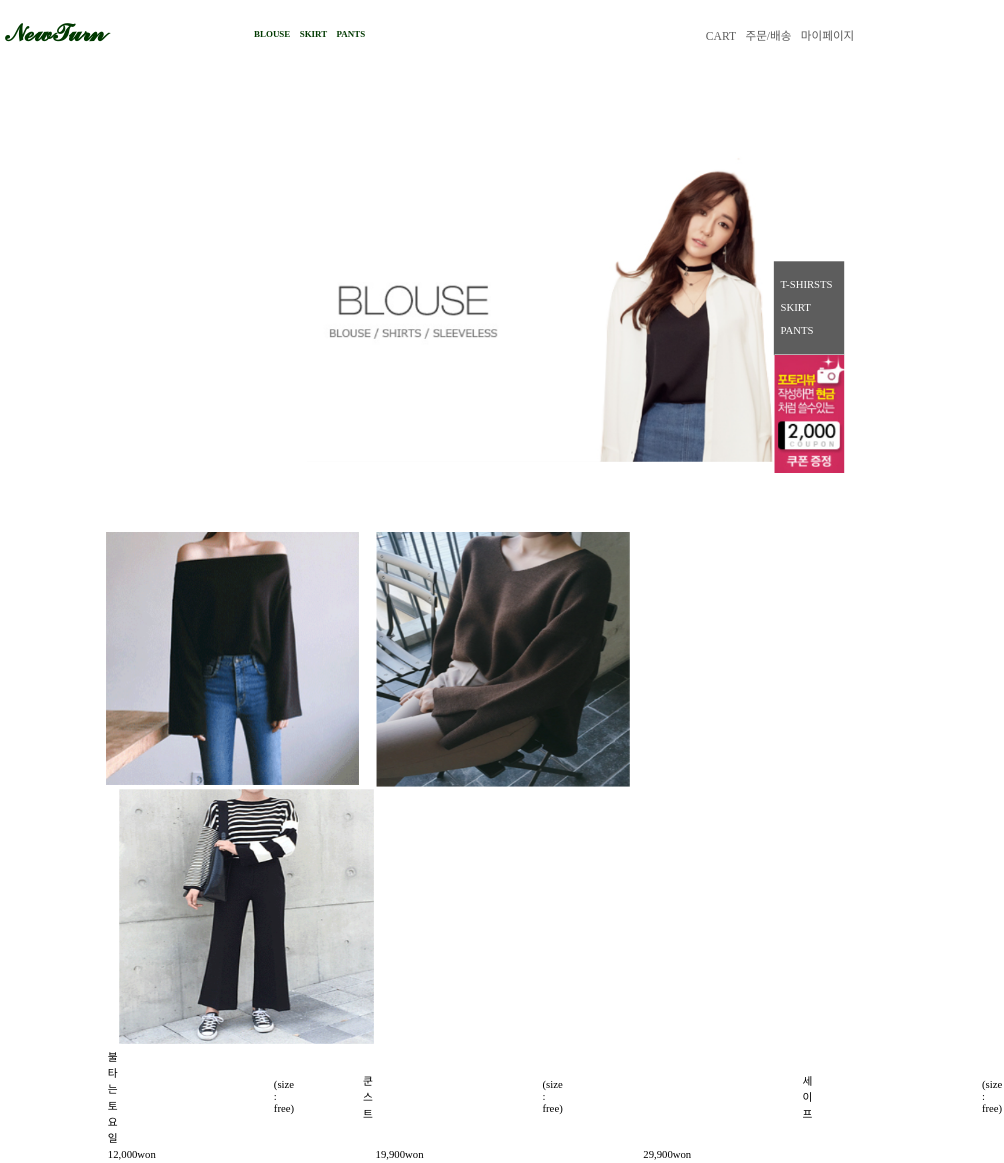
Repository: won0108/Port-Folio
Page: Creating_Homepage/Shopping/WebContent/top.html
These files come from the project's save history. The page is drawn as it stood at one moment and after the next save; the edit follows.
The browser window is 1280 px wide. The page is 1499 px wide, then 1280 px, so the pictures cover 1499 px, including what lies to the right of the window. The pictures show the whole page, at 67% of full size.

Above is the page before, as saved 2020-12-03 08:02:52.

### Creating_Homepage/Shopping/WebContent/top.html
<!DOCTYPE html>
<html>
<head>  <!--웹페이지에 대한 정보를 제공한다.-->
 <title> New Turn </title>  <!--탭에 New Turn을 나타낸다.-->
<style>

 	@font-face{
 	font-family:"My Font";
 	src: url("fontstyle/ENCOSCPT.TTF");
	}
 	h1{
   	color:#003900;
   	position:fixed;
   	top: 0px;
   	left:10px;
   	font-family:"My Font", serif;
   	font-size: 30pt;
   	}
	#infor{
	position:fixed;
	top:40px; right:0px;
	}
	#infor a{
	text-decoration:none;
	color:#5D5D5D;
	font-size:13pt;
	display: inline;
	padding :5px;
	}
	#infor a:hover{
	tex-decoration:underline;
	color: black;
	text-weight:bold;
	}
	#categ{
	position:fixed;
	top:25px; right:730px;
	}
	#categ ul li{
	display: inline;
	}
	#categ ul li a{
	text-decoration:none;
	color:#003900;
	font-size:10pt;
	font-weight:bold;
	text-transform:uppercase;
	padding :5px;
	}
	#categ ul li a:hover{
	tex-decoration:underline; color: black;
	}
	#main{
   	position:relative;
   	top: 300px; margin-left:150px;
   }
</style>
</head>
<body>
	<h1> NewTurn </h1>
	<div id="infor">
		<a href="">CART</a>
		<a href="">주문/배송</a>
		<a href="마이페이지.html">마이페이지</a>
	</div>
	<div id="categ">
		<ul>
			<li><a href="top.html">BLOUSE</a></li>
			<li><a href="skirt.html">SKIRT</a></li>
			<li><a href="pants.html">PANTS</a></li>
		</ul>
	</div>
	<img style="position:relative; top: 200px; left:450px;" src="images/티파니.PNG"><br>
	<div id="main">
			<img src="images/티셔츠1.PNG" width="380" height="380">
			<img src="images/티셔츠2.PNG" width="380" height="380" style="padding-left:20px;">
			<img src="images/티셔츠3.PNG" width="380" height="380" style="padding-left:20px;">
			<table>
				<tr>
					<td>불타는 토요일</td>
					<td style="padding-left:230px;">(size : free)</td>
					<td style="padding-left: 100px;">쿤스트</td>
					<td style="padding-left:250px;">(size : free)</td>
					<td style="padding-left: 355px;">세이프</td>
					<td style="padding-left:250px;">(size : free)</td>


			    </tr>
			</table>

		<table>
			<tr>
		    	<td>12,000won</td>
		    	<td style="padding-left: 325px;">19,900won</td>
		    	<td style="padding-left: 325px;">29,900won</td>
		    </tr>
		</table>
		</div>

<div style="background-color:#5D5D5D;
width:85px; height:120px; right:20px; bottom:190px;
color:white; display:block; position:fixed; padding:10px;">
<p>T-SHIRSTS</p>
<p>SKIRT</p>
<p>PANTS</p>
</div>
<div style=" display:block; position:fixed; right:20px; bottom:10px;">
<img src="쿠폰.png"></div>

</body>
</html>

After the next save:
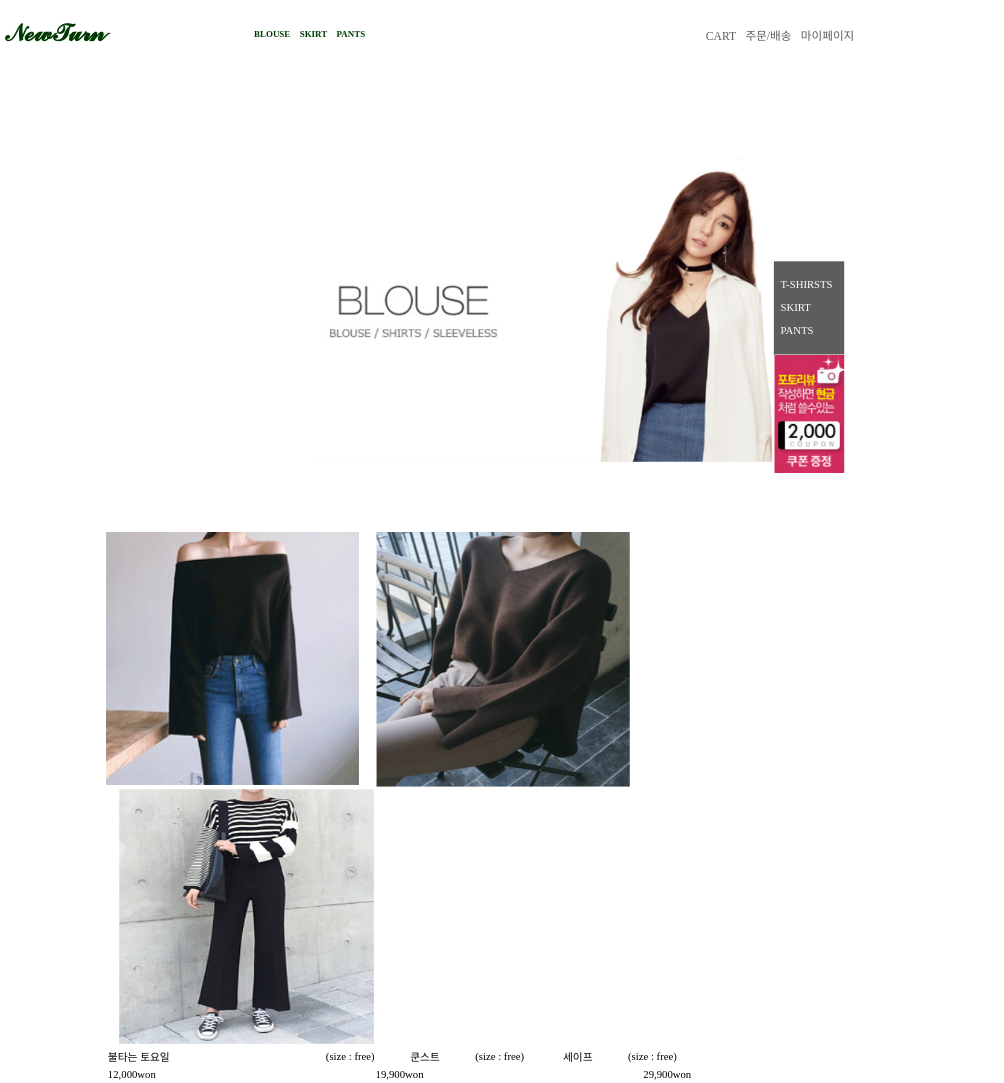
Saved 15 s later.
--- a/Creating_Homepage/Shopping/WebContent/top.html
+++ b/Creating_Homepage/Shopping/WebContent/top.html
@@ -79,10 +79,10 @@
 				<tr>
 					<td>불타는 토요일</td>
 					<td style="padding-left:230px;">(size : free)</td>
-					<td style="padding-left: 100px;">쿤스트</td>
-					<td style="padding-left:250px;">(size : free)</td>
-					<td style="padding-left: 355px;">세이프</td>
-					<td style="padding-left:250px;">(size : free)</td>
+					<td style="padding-left: 50px;">쿤스트</td>
+					<td style="padding-left:50px;">(size : free)</td>
+					<td style="padding-left: 55px;">세이프</td>
+					<td style="padding-left:50px;">(size : free)</td>
 
 
 			    </tr>
